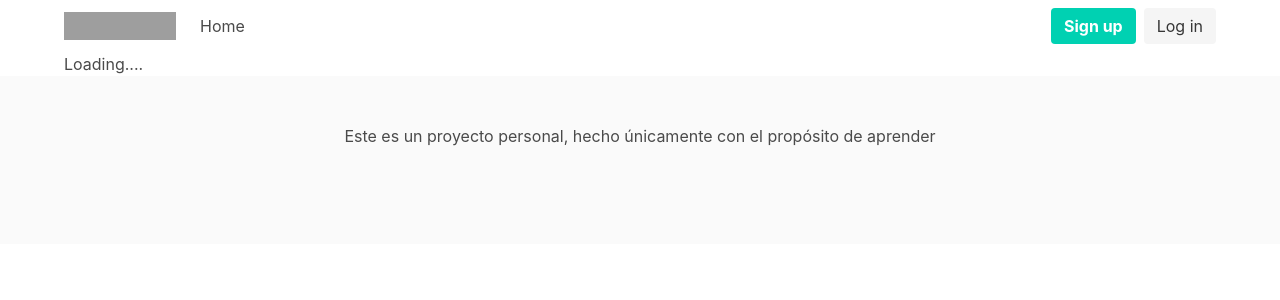
Repository: bombiux/app-sismo
Page: index.html
The author's editor kept a copy of each file at every save. The page is drawn from the files as they stood at one save, then again after the next save.
The browser window is 1280 px wide. The pictures show the whole page.
Pictures or frames that could not be fetched are drawn as grey boxes. The page's requests for data from a server got no answer. Some web libraries are served in a nearby version.

Above is the page before, as saved 2020-03-23 23:21:48.
Console error: TypeError: Cannot read properties of undefined (reading 'map')

After the next save:
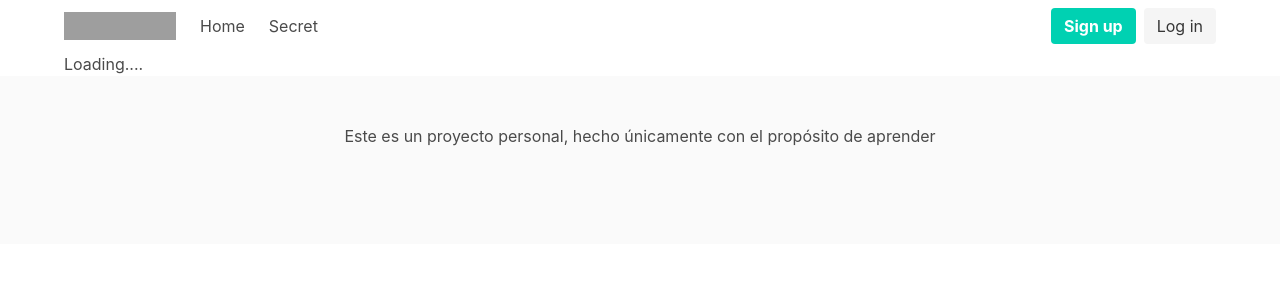
Saved 20 s later.
--- a/views/components/Navbar.js
+++ b/views/components/Navbar.js
@@ -19,6 +19,9 @@ let Navbar = {
                         <div class="navbar-start">
                             <a class="navbar-item" href="/#/">
                                 Home
+                            </a>
+                            <a class="navbar-item" href="/#/secret">
+                                Secret
                             </a>
                         </div>
                         <div class="navbar-end">
